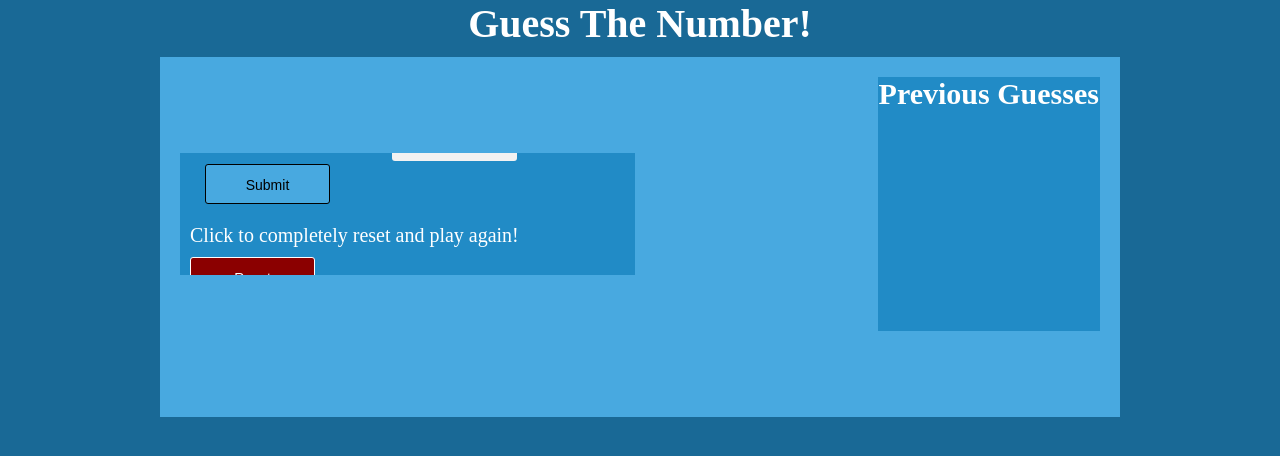
Repository: mlmEFSC21/P14-Guessing-Game
Page: guess.html
These files come from the project's save history. The page is drawn as it stood at one moment and after the next save; the edit follows.
The browser window is 1280 px wide. The pictures show the whole page.

Above is the page before, as saved 2022-03-19 14:24:48.

After the next save:
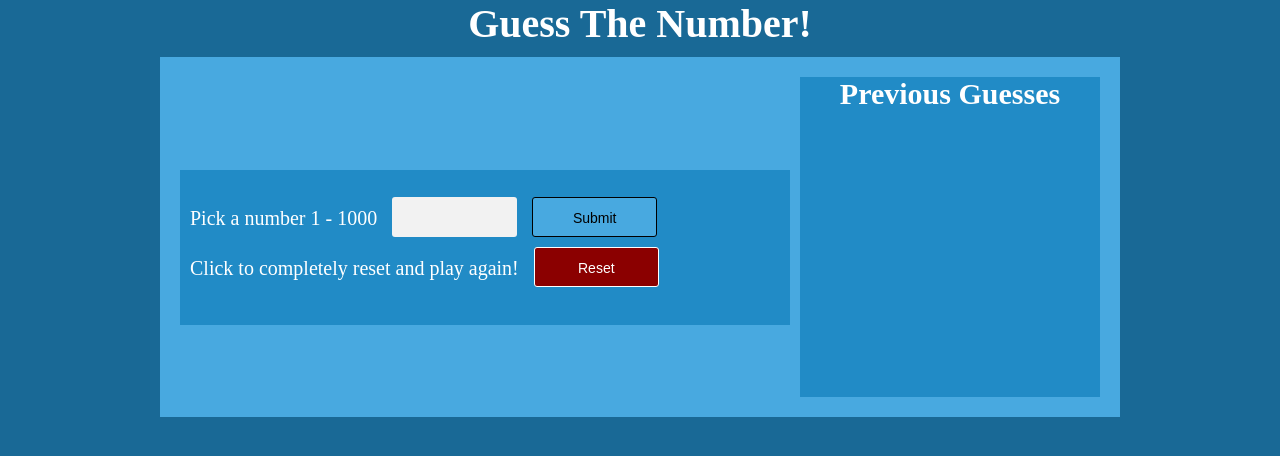
Saved 34 s later.
--- a/guess.css
+++ b/guess.css
@@ -26,8 +26,8 @@ body {
     height: 50vh;
     margin: 10px auto;
     padding: 20px;
-    grid-template-columns: repeat(4, 1fr);
-    grid-template-rows: repeat(5, 1fr);
+    grid-template-columns: repeat(3, 1fr);
+    grid-template-rows: repeat(4, 1fr);
     grid-auto-rows: minmax(200px, auto);
     gap: 10px;
     align-items: start;
@@ -39,7 +39,7 @@ body {
     flex-direction: column-reverse;
     margin: 10px auto;
     padding: 10px;
-    grid-column: 1 / 3;
+    grid-column: 1/3;
     grid-row: 2 / 4;
     height: 100%;
     justify-content: center;
@@ -49,8 +49,6 @@ body {
 .inputForm {
     display: flex;
     flex-wrap: wrap;
-    grid-column: 1 / 4;
-    grid-row: 2 / 5;
 }
 label {
     margin-right: 15px;
@@ -97,6 +95,5 @@ button {
     flex-direction: column;
     height: 100%;
     grid-row: 1 / 5;
-    grid-column: 4 / 5;
     align-items: center;
 }
